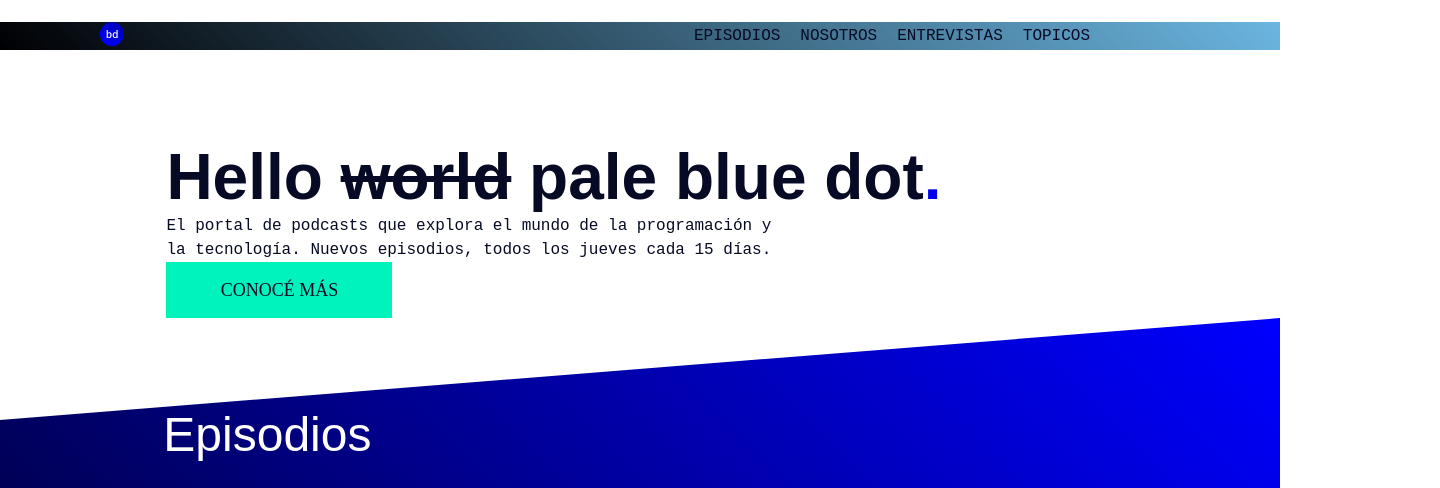
Repository: FedeGA93/podcast
Page: index.html
These files come from the project's save history. The page is drawn as it stood at one moment and after a run of saves; the edit follows.
The browser window is 1280 px wide. The page is 1440 px wide, so the pictures cover 1440 px, including what lies to the right of the window. The pictures show the part of the page from y = 0 to 488 px (the page is 3262 px tall).
Pictures or frames that could not be fetched are drawn as grey boxes. Some web fonts or font styles are not loaded; a fallback is used. Some web libraries are served in a nearby version.

Above is the page before, as saved 2019-11-26 20:46:51.

After the next 3 saves:
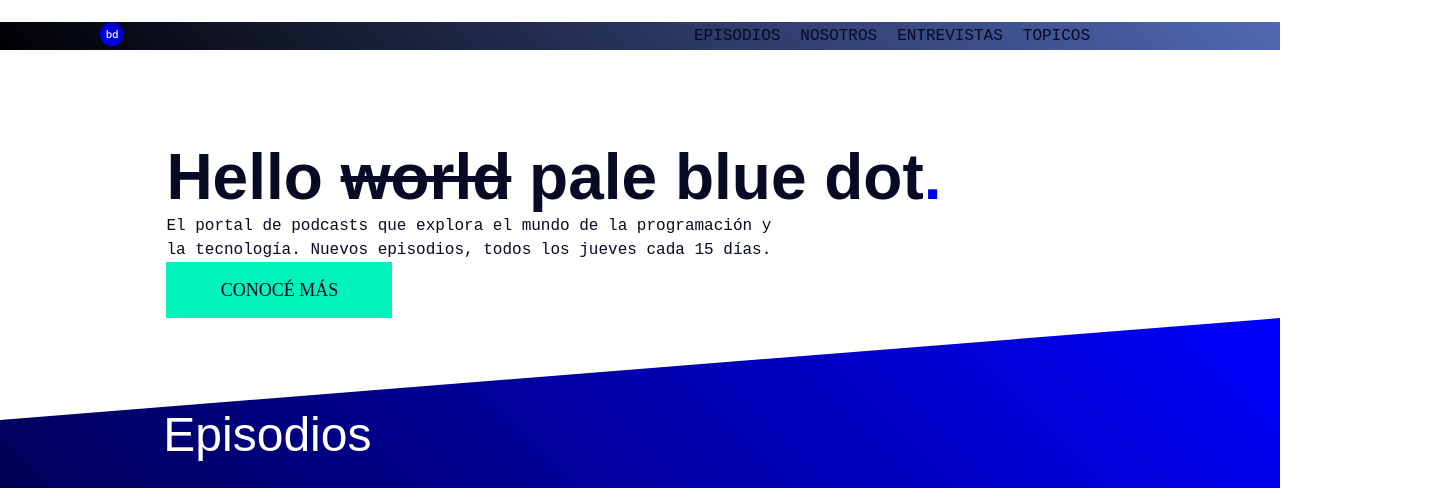
The 3 saves are shown as one change because they came seconds apart.
The last was saved 10 s later.
--- a/styles/styles.css
+++ b/styles/styles.css
@@ -28,7 +28,7 @@
   position:sticky;
   top:0;
   z-index:1000;
-  background-image: linear-gradient(225deg, #1e90d1a8 0%, #000003 100%);
+  background-image: linear-gradient(225deg, #012392af 0%, #000003 100%);
   color: white;
 }
 
